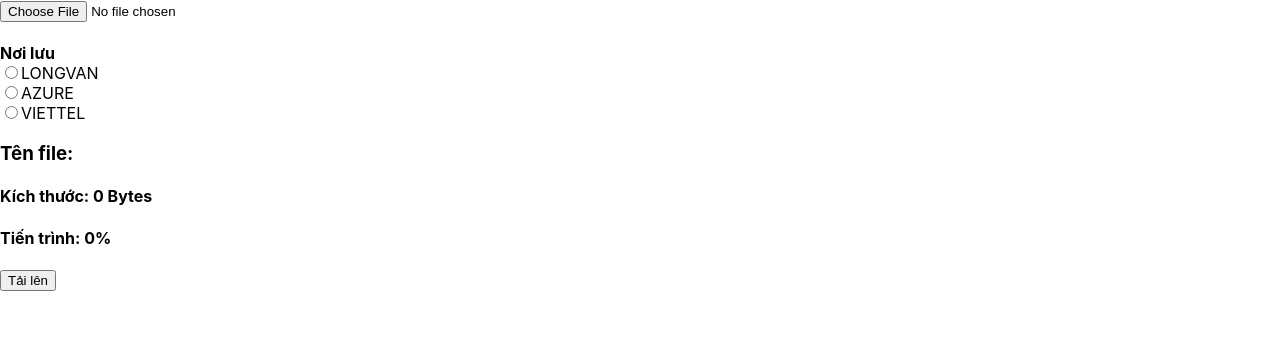
Repository: duc30012001/viettel-test-upload
Page: /
An editor plug-in stored every save of this project. The page is shown before and after the next save, followed by the edit.
The browser window is 1280 px wide. The pictures show the whole page.
The project was rebuilt for these pictures with package versions that can differ from the ones it lists, and the page was loaded fresh each time. Imported but missing from the stored project, and not drawn on this page: src/reportWebVitals.

Above is the page before, as saved 2023-03-16 12:41:27.

### src/App.jsx
// ./src/App.tsx

import React, { useState, useRef } from "react";
import { uploadToAzure, uploadToViettel, uploadToLongVan } from "./Upload";
import { getFileSize } from "./helper";

const DISTRIBUTOR = ["LONGVAN", "AZURE", "VIETTEL"];

const App = () => {
  const fileInput = useRef(null);
  const [file, setFile] = useState({});
  const [distributor, setDistributor] = useState("");
  const [progress, setProgress] = useState(0);
  const handleChangeProgress = (value) => {
    setProgress(value);
  };

  const handleUpload = async () => {
    if (!distributor) {
      alert("Vui lòng chọn nơi lưu");
      return;
    }

    const fileUploadInformation = {
      startTime: new Date(),
      file: file,
      objKey: file.name,
      reader: new FileReader(),
    };

    if (distributor === "AZURE") {
      await uploadToAzure(fileUploadInformation, handleChangeProgress);
    } else if (distributor === "VIETTEL") {
      await uploadToViettel(fileUploadInformation, handleChangeProgress);
    } else {
      await uploadToLongVan(fileUploadInformation, handleChangeProgress);
    }
  };

  const onChange = (e) => {
    setFile(e.target.files?.[0] || {});
  };

  const onChangeDistributor = (e) => {
    setDistributor(e.target.value);
  };

  return (
    <div>
      <input ref={fileInput} onChange={onChange} type="file" />
      <div>
        <h4 style={{ marginBottom: 0 }}>Nơi lưu</h4>

        {DISTRIBUTOR.map((item) => (
          <React.Fragment key={item}>
            <input
              onChange={onChangeDistributor}
              type="radio"
              id={item}
              name="fav_language"
              value={item}
            />
            <label htmlFor={item}>{item}</label>
            <br />
          </React.Fragment>
        ))}
      </div>

      <h3>Tên file: {file.name || ""}</h3>
      <h4>Kích thước: {getFileSize(file.size || 0)}</h4>
      <h4>Tiến trình: {progress}%</h4>
      <button onClick={handleUpload}>Tải lên</button>
    </div>
  );
};

export default App;

### src/Upload/index.js
export * from "./uploadToAzure";
export * from "./uploadToViettel";
export * from "./uploadToLongVan";

### src/helper.js
import dayjs from "dayjs";

export const getFileSize = (bytes) => {
  if (bytes === 0) return "0 Bytes";
  let k = 1024,
    dm = 2,
    sizes = ["Bytes", "KB", "MB", "GB", "TB", "PB", "EB", "ZB", "YB"],
    i = Math.floor(Math.log(bytes) / Math.log(k));
  return parseFloat((bytes / Math.pow(k, i)).toFixed(dm)) + " " + sizes[i];
};

export function convertTime(startTime, endTime) {
  const time = endTime - startTime;
  const minutes = dayjs(time).format("mm");
  const seconds = dayjs(time).format("ss");
  return `${minutes} phút ${seconds} giây`;
}

### src/Upload/uploadToAzure.js
import { BlobServiceClient } from "@azure/storage-blob";
import { getFileSize, convertTime } from "../helper";

export const uploadToAzure = async (fileUploadInformation, setProgress) => {
  const { file } = fileUploadInformation;
  const containerName = "uploaded";
  const connectionString =
    "BlobEndpoint=https://antmusicdemo.blob.core.windows.net/;QueueEndpoint=https://antmusicdemo.queue.core.windows.net/;FileEndpoint=https://antmusicdemo.file.core.windows.net/;TableEndpoint=https://antmusicdemo.table.core.windows.net/;SharedAccessSignature=sv=2021-12-02&ss=bfqt&srt=co&sp=rwdlacupiytfx&se=2023-03-16T11:29:14Z&st=2023-03-16T03:29:14Z&spr=https&sig=o8MVlJ%2F45IHkzLmqR6WjuiMXJNNm%2FW6XZQ3bFEWURNQ%3D";
  const blobServiceClient =
    BlobServiceClient.fromConnectionString(connectionString);
  const containerClient = blobServiceClient.getContainerClient(containerName);
  const blockBlobClient = containerClient.getBlockBlobClient(file.name);

  try {
    await blockBlobClient.uploadBrowserData(file, {
      onProgress: (currentProgress) => {
        let newProgress = (
          (currentProgress.loadedBytes / file.size) *
          100
        ).toFixed(2);
        if (newProgress > 100) newProgress = 100;
        setProgress(newProgress);
      },
    });
    const endTime = new Date(); // End time of the upload

    const finishedTime = convertTime(fileUploadInformation.startTime, endTime);
    const fileSize = getFileSize(fileUploadInformation.file.size);
    const message = `AZURE: Hoàn thành trong ${finishedTime} | Kích thước: ${fileSize}`;

    console.log(message);
    alert(message);

    return endTime;
  } catch (error) {
    console.error("Failed to upload file", error);
  }
};

### src/Upload/uploadToViettel.js
import AWS from "aws-sdk";
import { convertTime, getFileSize } from "../helper";

const CONFIG = {
  accessKey: "63048af01deccf617b4d",
  secretKey: "k2Wj7uoJ/QSw1GjMjZnboIoAPnlm+j6iQsXttv0z",
  endpoint: "s3-north.viettelidc.com.vn",
  bucket: "ant-music-trial-viettel",
};

let { accessKey, secretKey, endpoint, bucket } = CONFIG;

let s3 = new AWS.S3({
  accessKeyId: accessKey,
  secretAccessKey: secretKey,
  endpoint: endpoint,
  s3ForcePathStyle: true,
  //signatureVersion: "v3",
  sslEnabled: true,
  httpOptions: {
    timeout: 1000 * 60000,
  },
});

// ========================== UPLOAD MULTI PART ===========================
const PART_SIZE = 5 * 1024 * 1024;

export const uploadToViettel = (
  fileUploadInformation,
  handleChangeUploadProgress,
  distributor,
) => {
  const params = {
    Bucket: bucket,
    Key: fileUploadInformation.objKey,
    ContentType: fileUploadInformation.file.type,
    ACL: "public-read",
  };

  s3.createMultipartUpload(params, (mpErr, multipart) => {
    if (mpErr) {
      console.log("createMultipartUpload Error: ", mpErr);
      return;
    }
    uploadPart(
      s3,
      multipart,
      1,
      0,
      fileUploadInformation,
      handleChangeUploadProgress,
    );
  });
};

function uploadPart(
  s3,
  multipart,
  partNum,
  rangeStart,
  fileUploadInformation,
  handleChangeUploadProgress,
) {
  let progress = ((rangeStart / fileUploadInformation.file.size) * 100).toFixed(
    2,
  );
  if (progress > 100) progress = 100;
  handleChangeUploadProgress(progress);

  if (fileUploadInformation.file.size <= rangeStart) {
    getETag(multipart.UploadId, partNum - 1, fileUploadInformation);
    return;
  }

  fileUploadInformation.reader.readAsArrayBuffer(
    fileUploadInformation.file.slice(rangeStart, rangeStart + PART_SIZE),
  );
  fileUploadInformation.reader.onload = function startUploadAPart() {
    let byte2Upload = null;
    byte2Upload = fileUploadInformation.reader.result;
    const partParams = {
      Body: byte2Upload,
      Bucket: bucket,
      Key: fileUploadInformation.objKey,
      PartNumber: String(partNum),
      UploadId: multipart.UploadId,
    };

    s3.uploadPart(partParams, (multiErr, mData) => {
      if (multiErr) {
        console.log("multiErr, upload part error: ", multiErr);
        return;
      }
      byte2Upload = null;
      uploadPart(
        s3,
        multipart,
        partNum + 1,
        rangeStart + PART_SIZE,
        fileUploadInformation,
        handleChangeUploadProgress,
      );
    });
  };
}

function getETag(uploadId, totalPart, fileUploadInformation) {
  var listPartParams = {
    Bucket: bucket,
    Key: fileUploadInformation.objKey,
    UploadId: uploadId,
    MaxParts: totalPart,
    PartNumberMarker: 0,
  };
  s3.listParts(listPartParams, (err, data) => {
    if (err) {
      console.log("🚀 ~ file: UploadForm.js:187 ~ s3.listParts ~ err:", err);
      return;
    }

    var multipartMap = {
      Parts: [0],
    };
    for (let i = 0; i < data.Parts.length; i++) {
      let aPart = data.Parts[i];
      multipartMap.Parts[i] = {
        ETag: aPart.ETag,
        PartNumber: Number(aPart.PartNumber),
      };
    }

    var doneParams = {
      Bucket: bucket,
      Key: fileUploadInformation.objKey,
      MultipartUpload: multipartMap,
      UploadId: uploadId,
    };
    completeMultipartUpload(s3, doneParams, fileUploadInformation);
  });
}

function completeMultipartUpload(s3, doneParams, fileUploadInformation) {
  s3.completeMultipartUpload(doneParams, (err, data) => {
    if (err) {
      console.log("An error occurred while competing the multipart upload");
      console.log(err);
    } else {
      const endTime = new Date(); // End time of the upload

      const finishedTime = convertTime(
        fileUploadInformation.startTime,
        endTime,
      );
      const fileSize = getFileSize(fileUploadInformation.file.size);
      const message = `VIETTEL: Hoàn thành trong ${finishedTime} | Kích thước: ${fileSize}`;

      console.log(message);
      alert(message);
    }
  });
}

### src/Upload/uploadToLongVan.js
import AWS from "aws-sdk";
import { getFileSize, convertTime } from "../helper";

const CONFIG = {
  accessKey: "EUMTEDYNRU6NEV7CQ1P0",
  secretKey: "0xCTFBIzeanOPzACW8hWJ83q84EzLxllPY9u3BDp",
  endpoint: "s3-hcm-r1.longvan.net",
  bucket: "ant-music-bucket-test",
};

let { accessKey, secretKey, endpoint, bucket } = CONFIG;

let s3 = new AWS.S3({
  accessKeyId: accessKey,
  secretAccessKey: secretKey,
  endpoint: endpoint,
  s3ForcePathStyle: true,
  //signatureVersion: "v3",
  sslEnabled: true,
  httpOptions: {
    timeout: 1000 * 60000,
  },
});

export const uploadToLongVan = (
  fileUploadInformation,
  handleChangeUploadProgress,
) => {
  const { file, objKey, startTime } = fileUploadInformation;
  const params = {
    Body: file,
    Bucket: bucket,
    Key: objKey,
  };

  const managedUpload = new AWS.S3.ManagedUpload({
    partSize: file.size + 10 * 1024 * 1024,
    queueSize: 1,
    params: params,
    service: s3,
  });

  managedUpload.on("httpUploadProgress", (progress) => {
    const progressVariable = Math.round(
      (progress.loaded / progress.total) * 100,
    );
    handleChangeUploadProgress(progressVariable);
  });
  managedUpload.send((err, data) => {
    if (err) {
      alert("File upload lỗi", err);
      return;
    }
    const endTime = new Date(); // End time of the upload

    const finishedTime = convertTime(startTime, endTime);
    const fileSize = getFileSize(fileUploadInformation.file.size);
    const message = `LONGVAN: Hoàn thành trong ${finishedTime} | Kích thước: ${fileSize}`;

    console.log(message);
    alert(message);
  });
};

Loaded but not shown: public/index.html (common file); src/index.jsx (common file); src/index.css (common file)

After the next save:
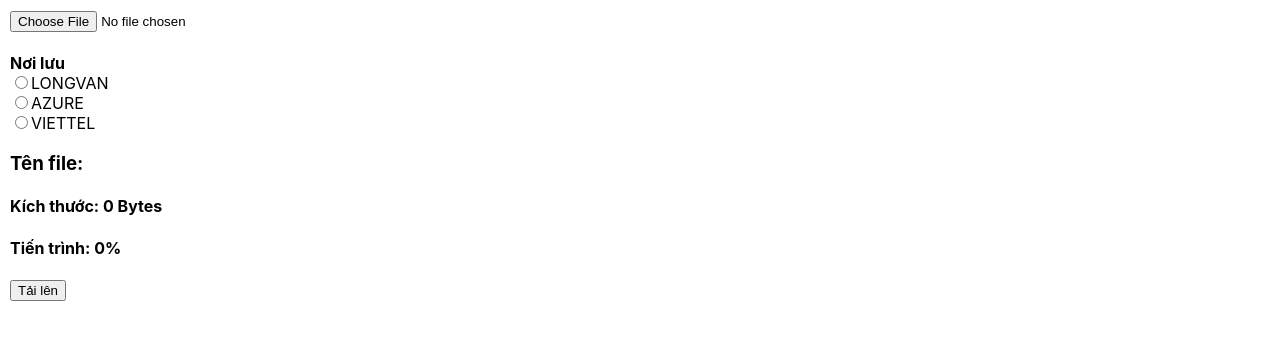
Saved 3 min 18 s later.
--- a/src/App.jsx
+++ b/src/App.jsx
@@ -46,7 +46,7 @@ const App = () => {
   };
 
   return (
-    <div>
+    <div style={{ padding: "10px" }}>
       <input ref={fileInput} onChange={onChange} type="file" />
       <div>
         <h4 style={{ marginBottom: 0 }}>Nơi lưu</h4>
